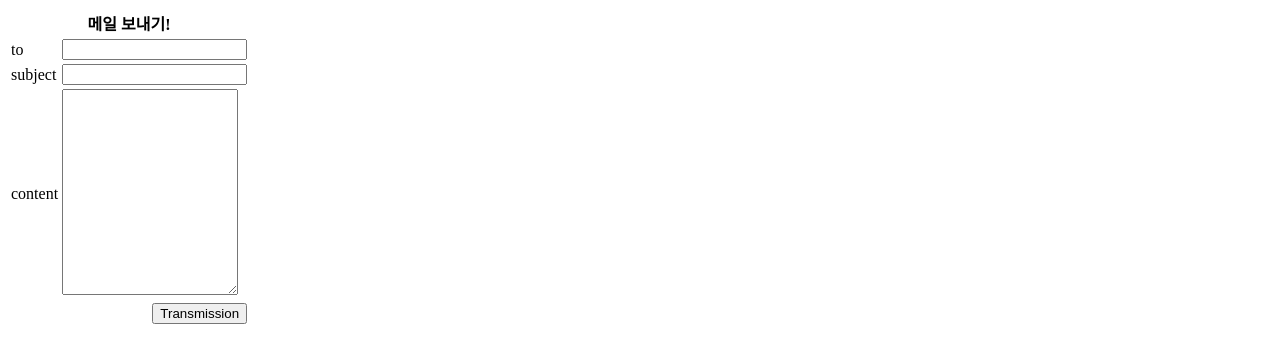
Repository: jungmintaeng/mini-ucampus
Page: ucam/WebContent/Mail.html
An editor plug-in stored every save of this project. The page is shown before and after the next save, followed by the edit.
The browser window is 1280 px wide. The pictures show the whole page.

Above is the page before, as saved 2016-06-13 12:09:01.

After the next save:
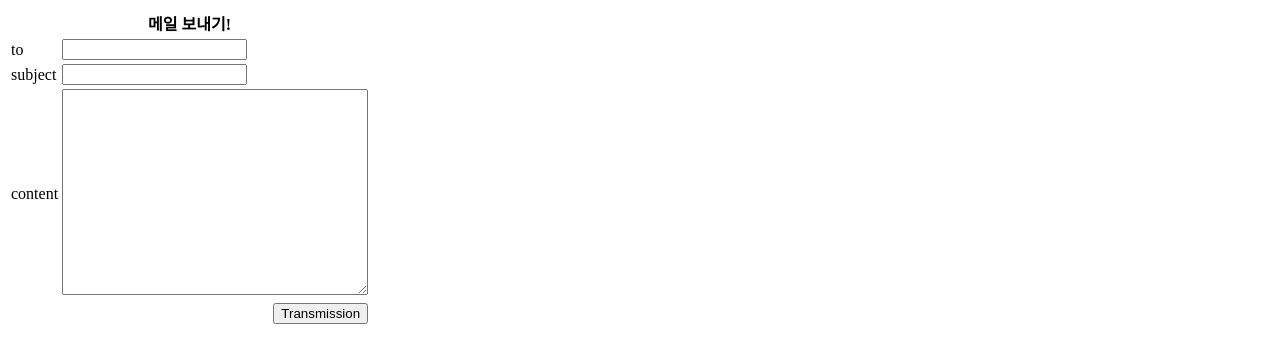
Saved 13 s later.
--- a/ucam/WebContent/Mail.html
+++ b/ucam/WebContent/Mail.html
@@ -11,7 +11,7 @@
  <tr><th colspan = "2"> 메일 보내기! </th></tr>
  <tr><td>to</td><td><input type="text" name = "to" /></td></tr>
  <tr><td>subject</td><td><input type="text" name="title" /></td></tr>
- <tr><td>content</td><td><textarea name = "content" style="width:170px; height:200px;"></textarea></td></tr>
+ <tr><td>content</td><td><textarea name = "content" style="width:300px; height:200px;"></textarea></td></tr>
  <tr><td colspan="2" style="text-align:right;"><input type = "submit" value="Transmission"/></td></tr>
  </table>
  </form>
